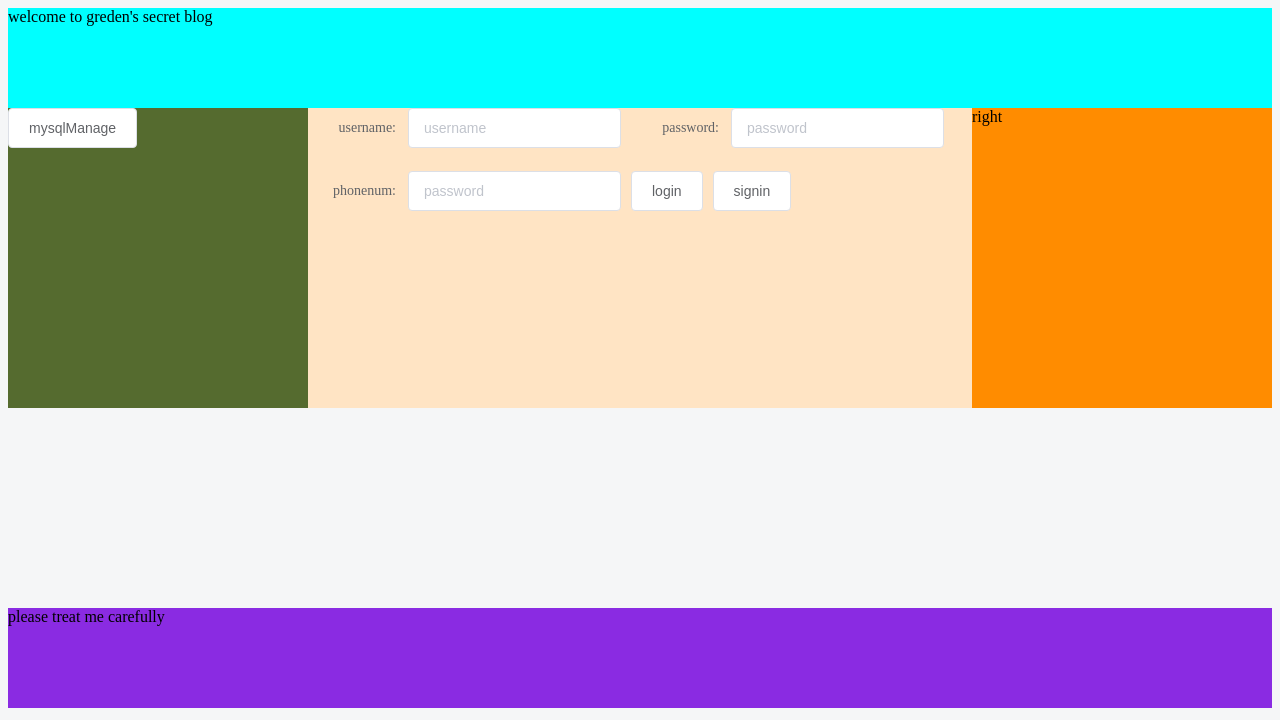
Repository: greden0814/myBlog
Page: /
The author's editor kept a copy of each file at every save. The page is drawn from the files as they stood at one save, then again after the next save.
The browser window is 1280 px wide. The pictures show the whole page.
The project was rebuilt for these pictures with package versions that can differ from the ones it lists, and the page was loaded fresh each time.

Above is the page before, as saved 2021-07-25 17:11:18.

After the next save:
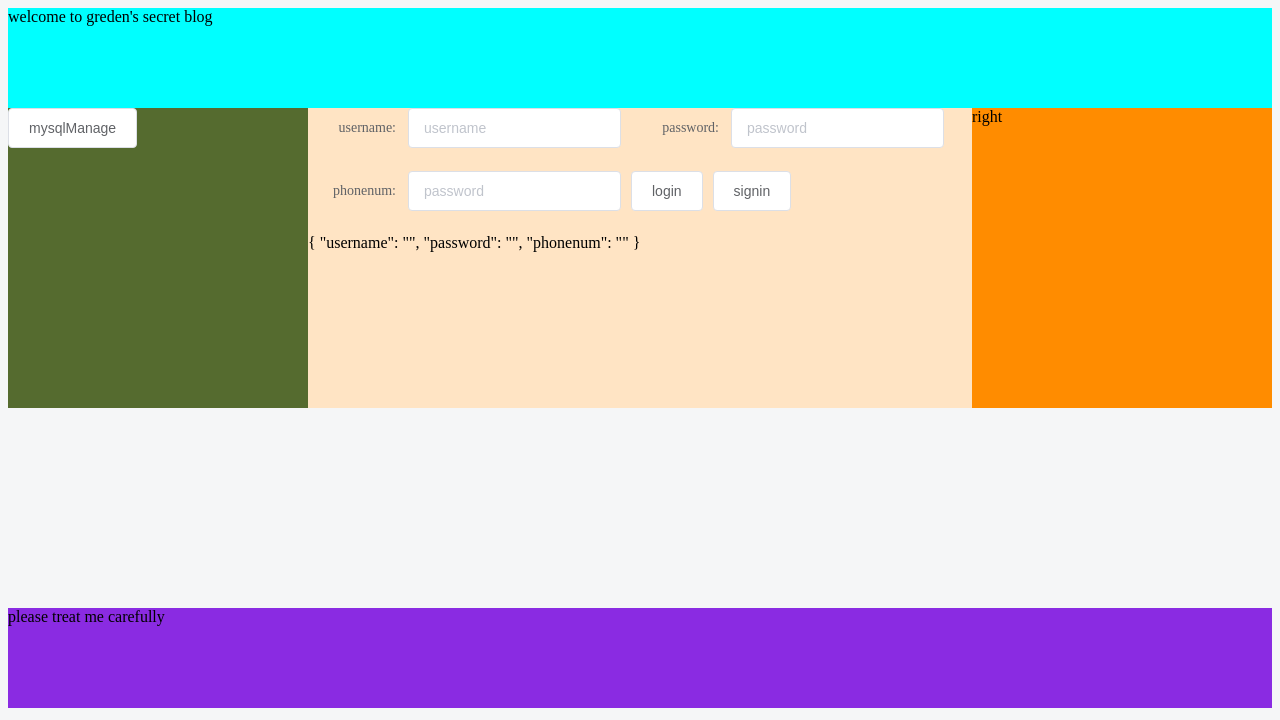
Saved 3 min 26 s later.
--- a/src/views/login/index.vue
+++ b/src/views/login/index.vue
@@ -22,7 +22,7 @@
           <el-button @click="login">login</el-button>
           <el-button @click="signin">signin</el-button>
         </el-form>
-        {{ submit }}
+        {{ ruleForm }}
       </div>
     </div>
     <div class="footer">please treat me carefully</div>
